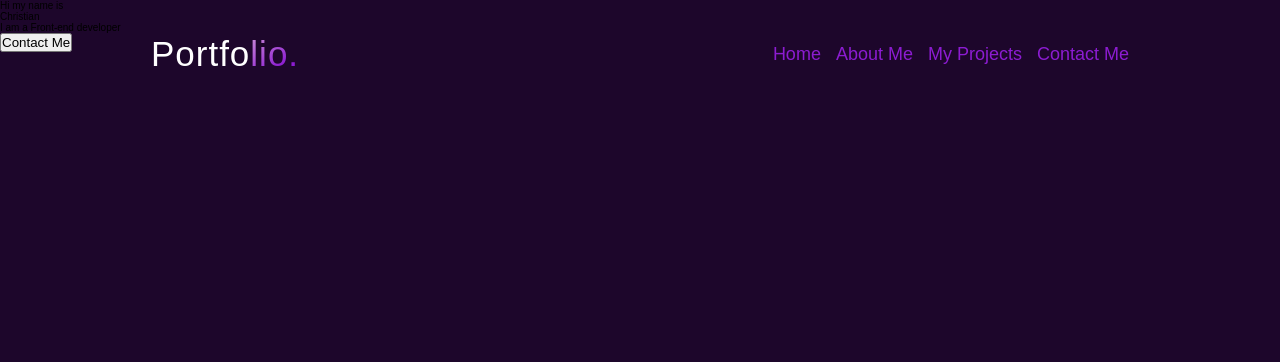
Repository: ChristianGecchelin/portfolio-web
Page: /
The author's editor kept a copy of each file at every save. The page is drawn from the files as they stood at one save, then again after the next save.
The browser window is 1280 px wide. The pictures show the whole page.
The project was rebuilt for these pictures with package versions that can differ from the ones it lists, and the page was loaded fresh each time. Also part of the build but not shown: src/App/App.css.

Above is the page before, as saved 2022-01-20 19:20:01.

After the next save:
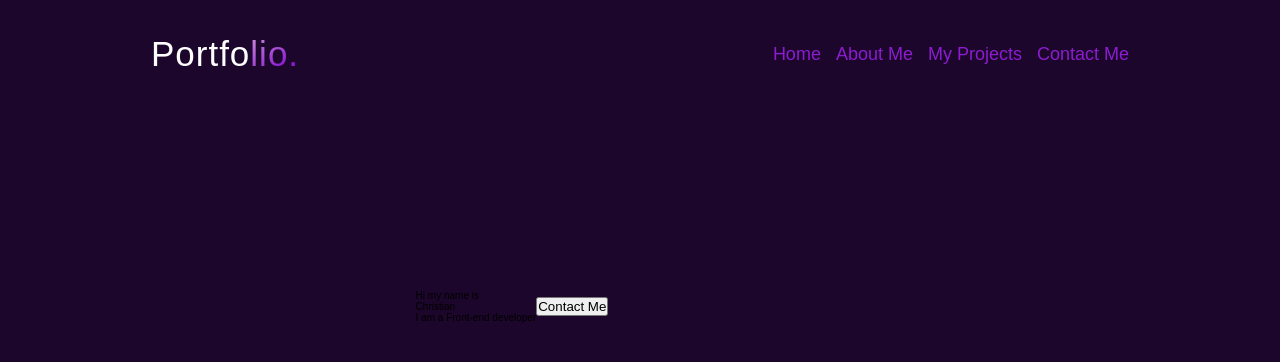
Saved 32 s later.
--- a/src/Home/Index.js
+++ b/src/Home/Index.js
@@ -2,7 +2,7 @@
 import "./Home.css";
 function Home() {
   return (
-    <section>
+    <section className="Home-container">
       <div>
         <p>Hi my name is</p>
         <p>Christian</p>
